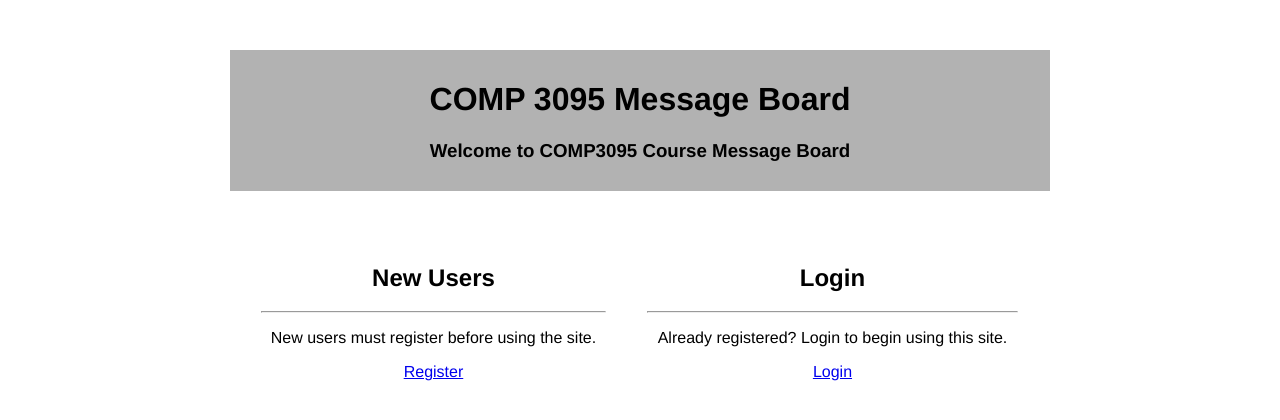
Repository: JesseFo/Whitespace
Page: whitespace/WebContent/WEB-INF/index.html
These files come from the project's save history. The page is drawn as it stood at one moment and after the next save; the edit follows.
The browser window is 1280 px wide. The pictures show the whole page.

Above is the page before, as saved 2015-10-14 02:56:57.

### whitespace/WebContent/WEB-INF/index.html
<!DOCTYPE html>
<html>
	<head>
		<meta charset="ISO-8859-1">
		<title>Insert title here</title>
		<link rel="stylesheet" type="text/css" href="index.css" />
	</head>

	<body>
		<div id="wrapper">
			<div id="title">
				<h1>COMP 3095 Message Board</h1>
				<h3>Welcome to COMP3095 Course Message Board</h3>
			</div>

			<div id="content">
				<table><tr>
					<td>
						<h2>New Users</h2>
						<hr />
						<p>New users must register before using the site.</p>
						<a href="#">Register</a>
					</td>
					<td>
						<h2>Login</h2>
						<hr />
						<p>Already registered? Login to begin using this site.</p>
						<a href="#">Login</a>
					</td>
				</tr></table>
			</div>
		</div>
	</body>
</html>

### whitespace/WebContent/WEB-INF/index.css
@CHARSET "ISO-8859-1";

#wrapper{
	font-family: Helvetica, Arial, sans-serif;
}

#title{
	text-align: center;
	background: #B2B2B2;
	padding: 10px;
	width: 800px;
	margin: 50px auto;
}

#content{
	text-align: center;
	width: 800px;
	margin: 0px auto 15px;
}

#content > table{
	width: 100%;
}

hr{
	width: 90%;
}

After the next save:
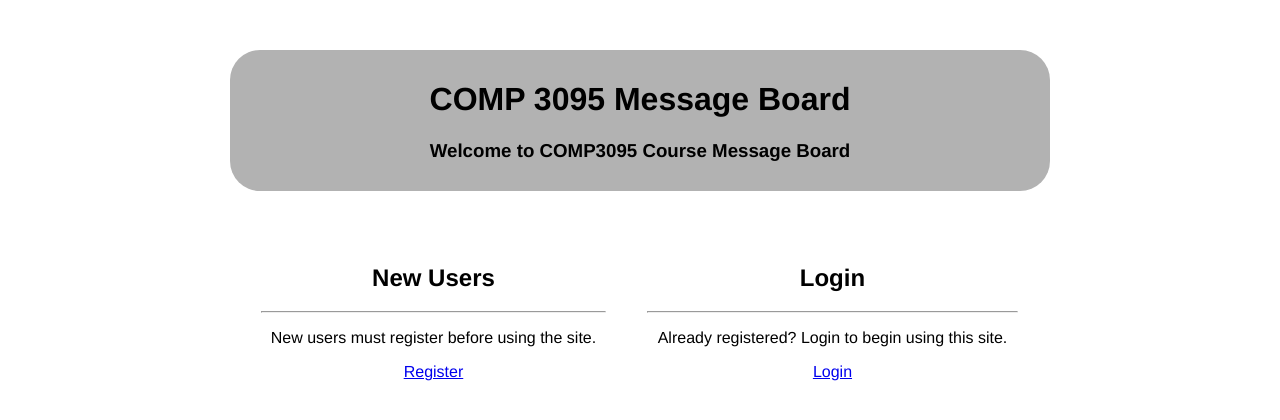
Saved 67 s later.
--- a/whitespace/WebContent/WEB-INF/index.css
+++ b/whitespace/WebContent/WEB-INF/index.css
@@ -10,6 +10,7 @@
 	padding: 10px;
 	width: 800px;
 	margin: 50px auto;
+	border-radius: 30px;
 }
 
 #content{
